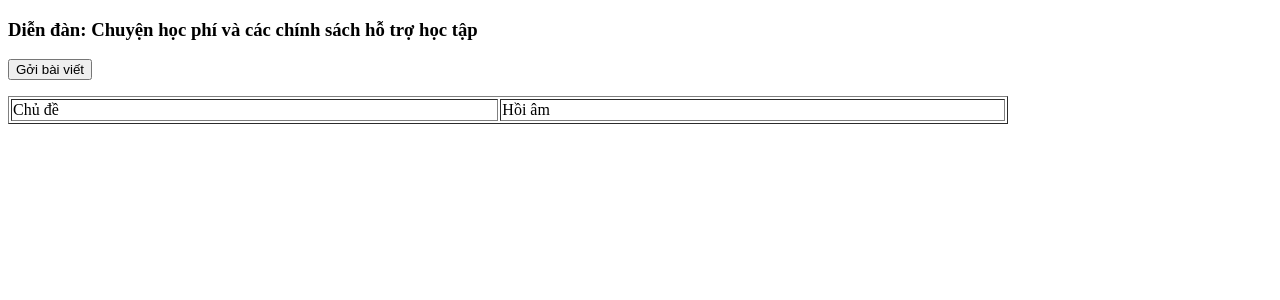
Repository: nguyenthanhnhan-st-961/GiuaKyChuyenDeWeb
Page: http://localhost/listTopics
An editor plug-in stored every save of this project. The page is shown before and after the next save, followed by the edit.
The browser window is 1280 px wide. The pictures show the whole page.
The page is this project's Thymeleaf template; nobody is signed in. The template is opened directly, without the code that normally fills it, so the values that code supplies are empty.

Above is the page before, as saved 2023-04-12 00:58:18.

### Forum/src/main/resources/templates/listTopics.html
<!DOCTYPE html>
<html xmlns:th="http://www.thymeleaf.org">
<head>
<meta charset="ISO-8859-1">
<title></title>
</head>
<body>
	<h3>Diễn đàn: Chuyện học phí và các chính sách hỗ trợ học tập</h3>

	<p> <a href="#"><button type="button">Gởi bài viết</button></a></p>

	<table border="1" style="width:1000px">
		<thead>
			<tr>
				<td>Chủ đề</td>
				<td>Hồi âm</td>
			</tr>
		</thead>
		<tbody>
			<tr th:each="topic : ${topics}">
				<td>
					<a th:href="@{/showTopic (id=${topic.getId()})}" th:text="${topic.title}"></a><br>
						 <p th:with="newMessage=${topic.getNewMessage()}">
							 Bài mới nhất by
							 <a href="#" th:if="${newMessage != null}" th:text="${newMessage.creator.username}"></a>,
							 <a href="#" th:if="${newMessage == null}" th:text="${topic.creator.username}"></a>,
							<span th:text="${topic.createdTime}"></span>

						 </p>
				</td>
				<td th:text="${topic.messages.size()}"></td>
			</tr>
		</tbody>
	</table>
</body>
</html>

After the next save:
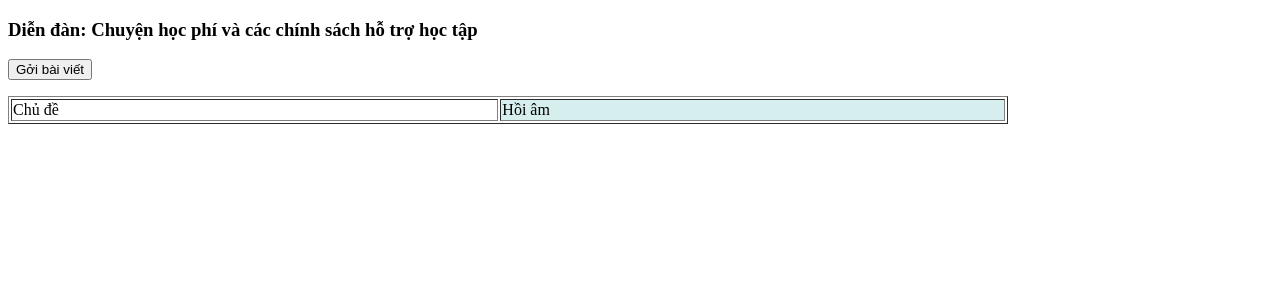
Saved 4 min 56 s later.
--- a/Forum/src/main/resources/templates/listTopics.html
+++ b/Forum/src/main/resources/templates/listTopics.html
@@ -2,7 +2,12 @@
 <html xmlns:th="http://www.thymeleaf.org">
 <head>
 <meta charset="ISO-8859-1">
-<title></title>
+<title>List Topics</title>
+<style>
+td:nth-child(even), th:nth-child(even) {
+  background-color: #D6EEEE;
+}
+</style>
 </head>
 <body>
 	<h3>Diễn đàn: Chuyện học phí và các chính sách hỗ trợ học tập</h3>

After the save that followed:
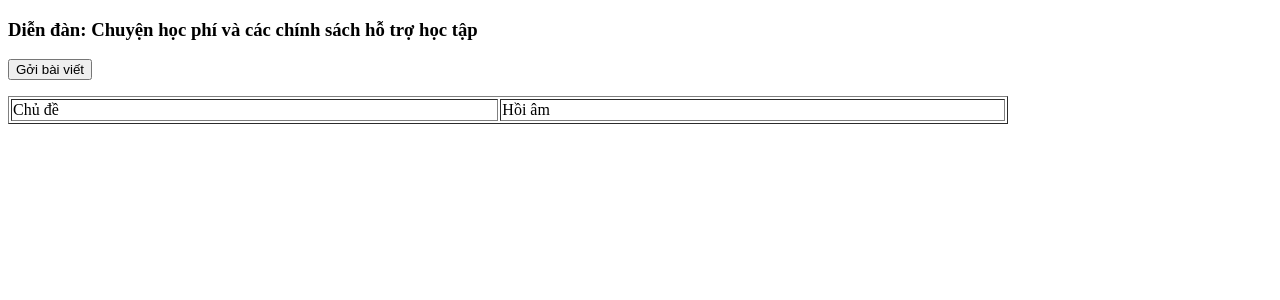
Saved 38 s later.
--- a/Forum/src/main/resources/templates/listTopics.html
+++ b/Forum/src/main/resources/templates/listTopics.html
@@ -4,9 +4,9 @@
 <meta charset="ISO-8859-1">
 <title>List Topics</title>
 <style>
-td:nth-child(even), th:nth-child(even) {
-  background-color: #D6EEEE;
-}
+	tr:nth-child(even), th:nth-child(even) {
+	  background-color: #D6EEEE;
+	}
 </style>
 </head>
 <body>
